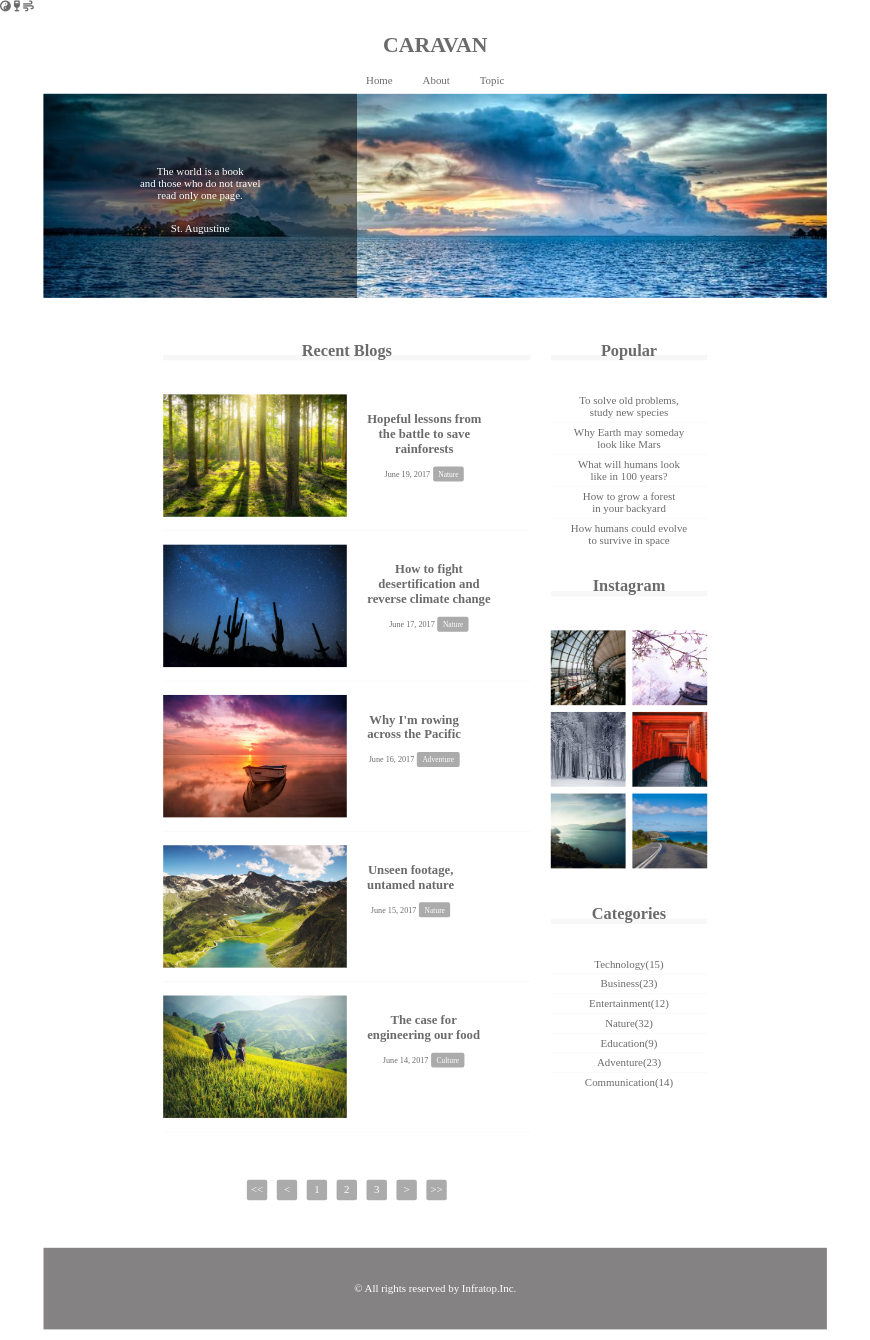
Repository: to3955/ouyoukadai1
Page: caravan/index.html
The author's editor kept a record of every edit. The page is drawn from the files as they stood at one moment, then again after the next edit.
The browser window is 1280 px wide. The pictures show the whole page, at 68% of full size.
Some web libraries are served in a nearby version.

Above is the page before.

After the next edit:
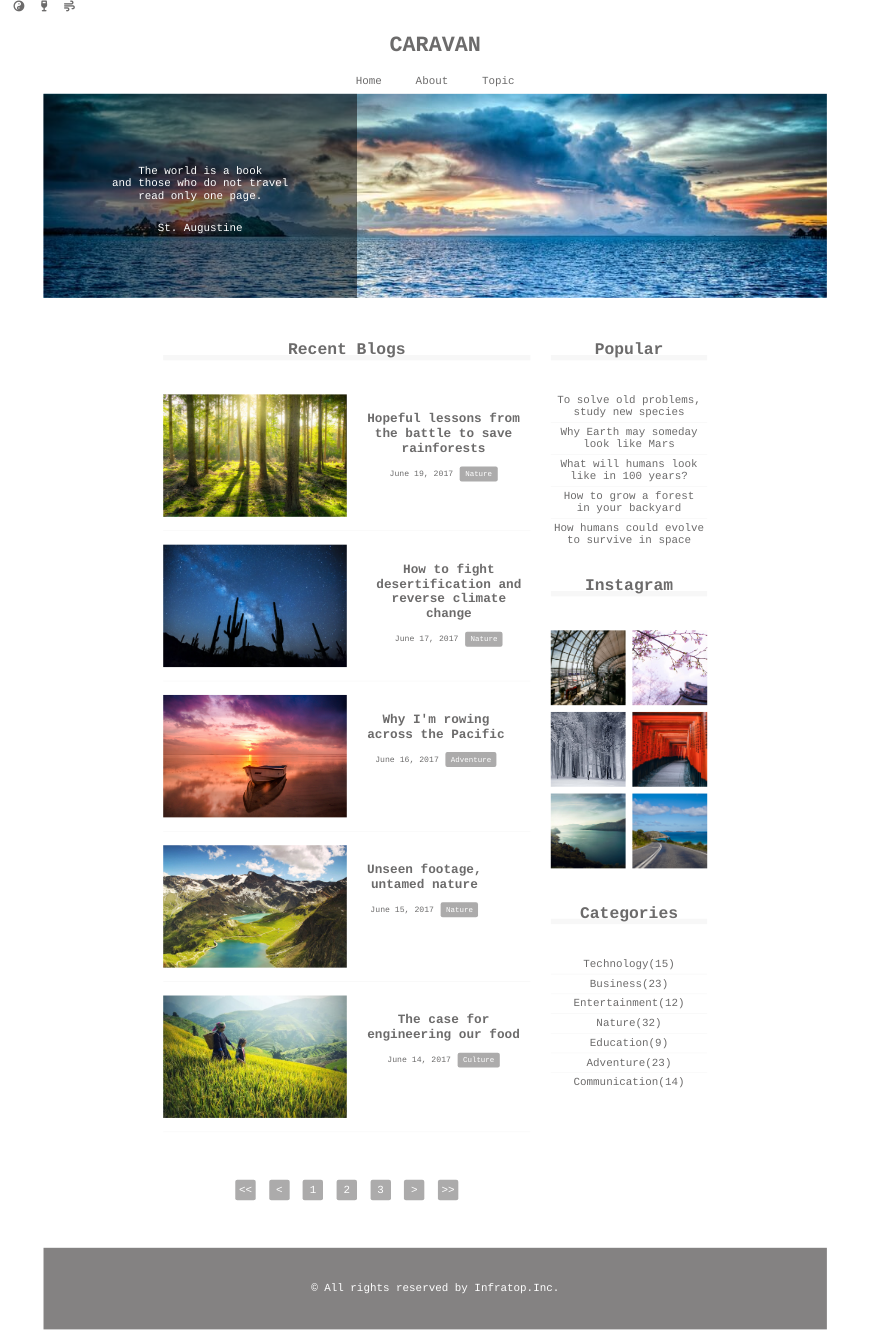
The edit:
--- a/caravan/style.css
+++ b/caravan/style.css
@@ -9,11 +9,22 @@
   text-decoration: none;
 }
 
+
+header, nav, h2, .main-visual, footer {
+  font-family: Chalkduster, "Bradley Hand", Courier, "Segoe Print", sans-serif;
+}
+
 header {
   width: 90%;
   padding: 15px 0;
   margin: 0 auto;
   text-align: center;
+  position:relativ;
+}
+
+.social i {
+  display: inline-block;
+  margin-left: 20px;
 }
 
 header .heading {
